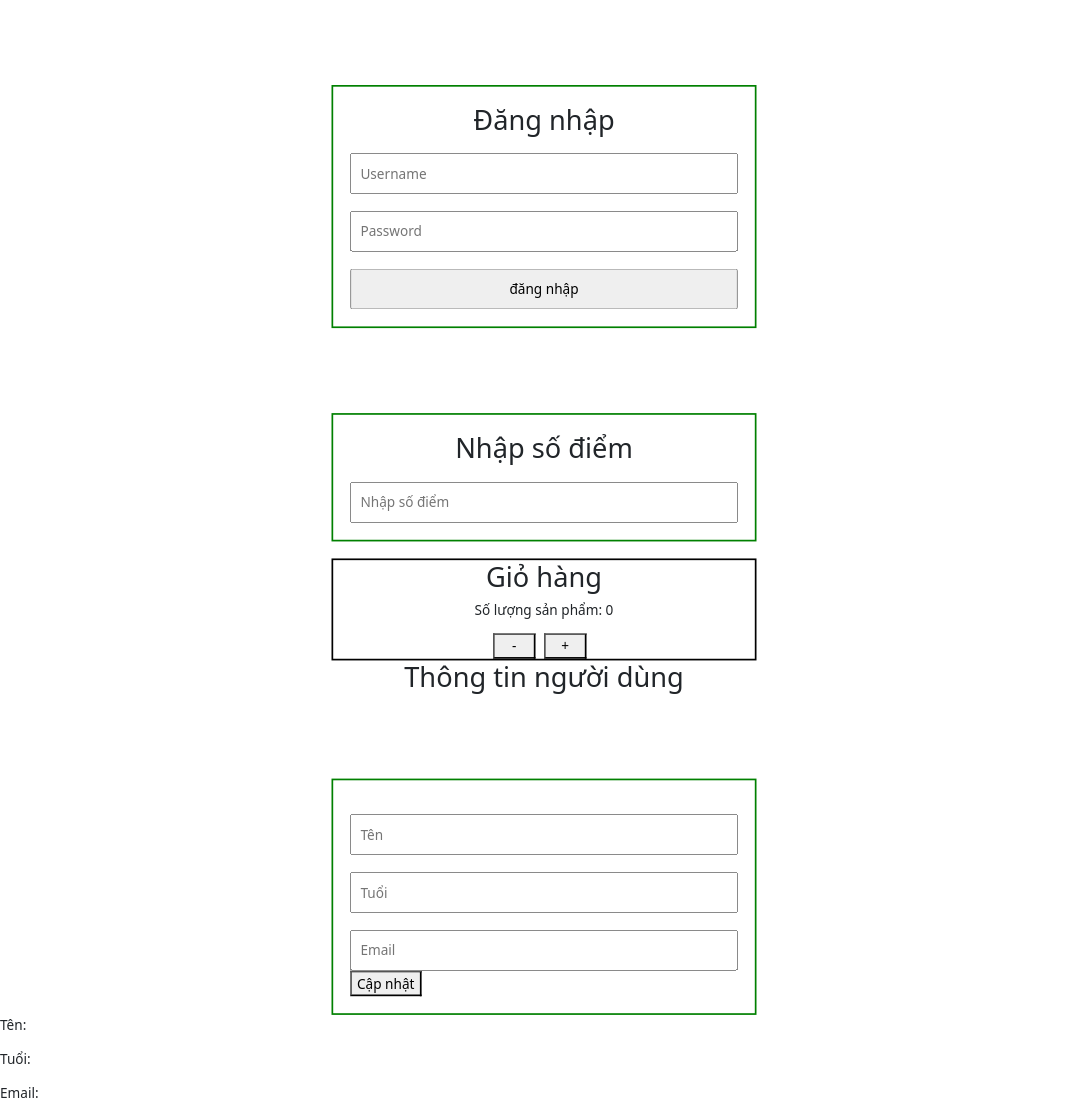
Repository: Phong-poor/frontendframework
Page: / (app in vue-lab-asm/)
The author's editor kept a copy of each file at every save. The page is drawn from the files as they stood at one save, then again after the next save.
The browser window is 1280 px wide. The pictures show the whole page, at 85% of full size.
The project was rebuilt for these pictures with package versions that can differ from the ones it lists, and the page was loaded fresh each time. Also part of the build but not shown: vue-lab-asm/vite.config.js, vue-lab-asm/src/components/Lab1.vue, vue-lab-asm/src/components/product.vue, vue-lab-asm/src/components/Dangnhap.vue, vue-lab-asm/src/components/NotFound.vue, vue-lab-asm/src/components/Dangky.vue, vue-lab-asm/src/components/admin.vue, vue-lab-asm/src/components/admin-category.vue.

Above is the page before, as saved 2025-10-07 18:53:13.

After the next save:
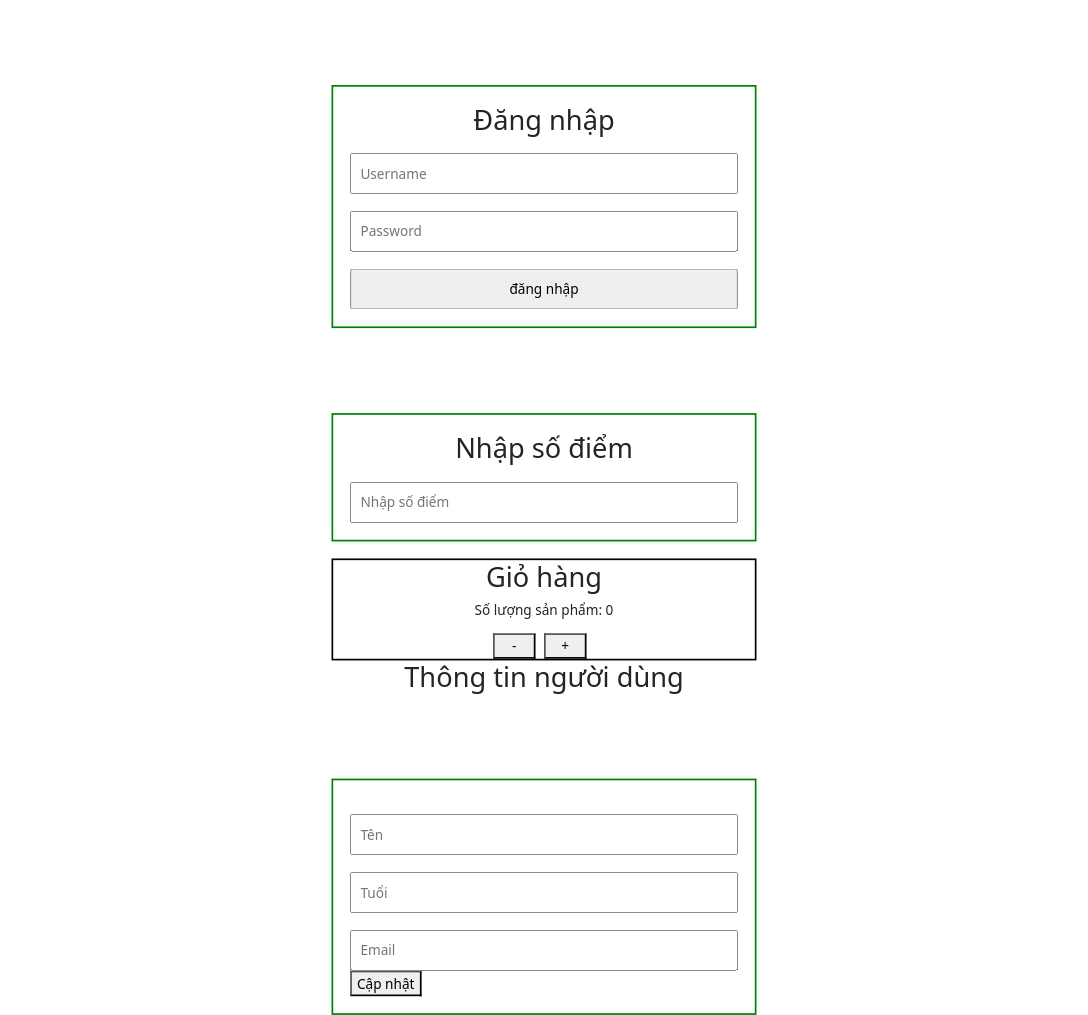
Saved 6 s later.
--- a/vue-lab-asm/src/components/Lab2.vue
+++ b/vue-lab-asm/src/components/Lab2.vue
@@ -100,9 +100,7 @@
             <button type="submit">Cập nhật</button>
         </form>
 
-        <p>Tên: {{ user.name }}</p>
-        <p>Tuổi: {{ user.age }}</p>
-        <p>Email: {{ user.email }}</p>
+
     </div>
 </template>
 <style scoped>

After the 3 saves that followed:
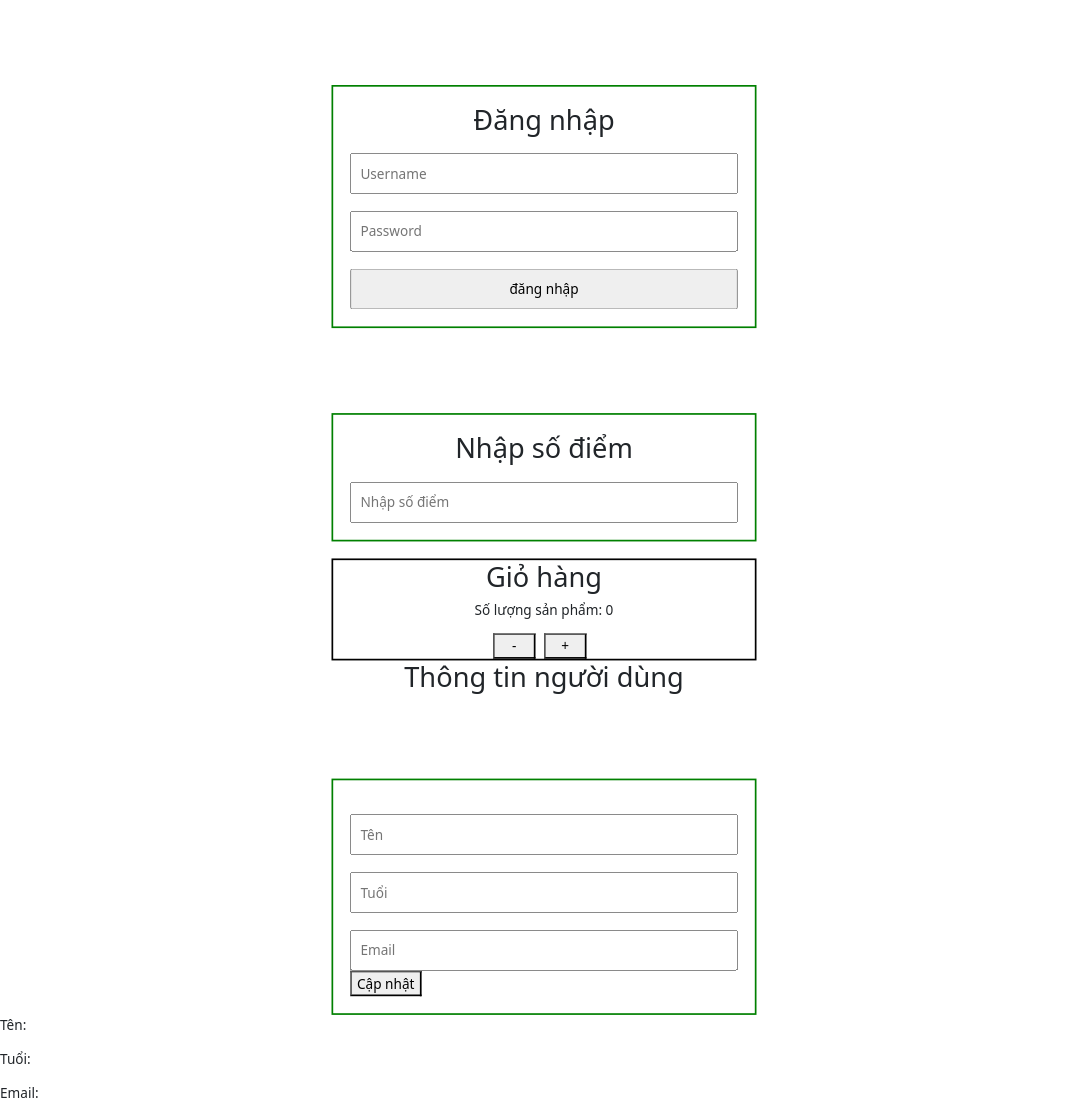
The 3 saves are shown as one change because they came seconds apart.
The last was saved 8 s later.
--- a/vue-lab-asm/src/components/Lab2.vue
+++ b/vue-lab-asm/src/components/Lab2.vue
@@ -99,8 +99,11 @@
             <input v-model="user.email" type="email" placeholder="Email" />
             <button type="submit">Cập nhật</button>
         </form>
-
-
+        <div class="thongtin">
+            <p>Tên: {{ user.name }}</p>
+        <p>Tuổi: {{ user.age }}</p>
+        <p>Email: {{ user.email }}</p>
+        </div>
     </div>
 </template>
 <style scoped>
